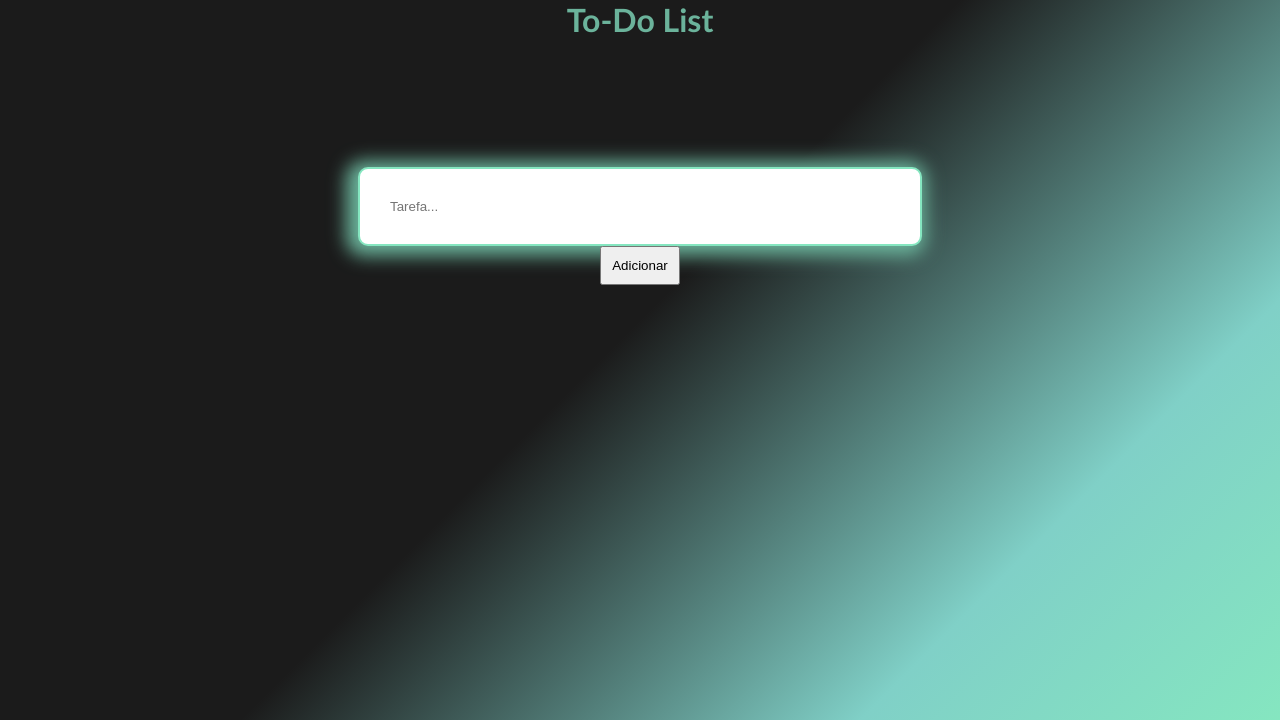
Repository: PetersonAntonyDev/python-flask-
Page: index.html
An editor plug-in stored every save of this project. The page is shown before and after the next save, followed by the edit.
The browser window is 1280 px wide. The pictures show the whole page.

Above is the page before, as saved 2022-07-26 10:35:25.

### index.html
<!DOCTYPE html>
<html lang="en">
<head>
    <meta charset="UTF-8">
    <meta http-equiv="X-UA-Compatible" content="IE=edge">
    <meta name="viewport" content="width=device-width, initial-scale=1.0">
    <link rel="stylesheet" href="/style.css">
    <title>To-Do LIst</title>
</head>
<body>
    <header>
        <h1>To-Do List</h1>
    </header>
    <main>
        <form action="" method="post">
            <input class="task" type="text" name="task" id="task" placeholder="Tarefa...">
            <button>Adicionar</button>
        </form>
    </main>
</body>
</html>

### style.css
* {
    margin: 0;
    padding: 0;
}

body {
    display: flex;
    align-items: center;
    flex-direction: column;
    width: 100%;
    min-height: 100vh;
    max-height: 100%;
    background-color: #1b1b1b;
    background-image: linear-gradient(135deg, #1b1b1b 48%, #80D0C7 79%, #85e6c0 100%);
}

header {
    margin-bottom: 10%;
    font-family: 'Gill Sans', 'Gill Sans MT', Calibri, 'Trebuchet MS', sans-serif;
    font-size: 1rem;
    color: #6bb39b;
}

form {
    display: flex;
    justify-content: center;
    align-items: center;
    flex-direction: column;
}

.task {
    width: 500px;
    border-radius: 10px;
    border: #85e6c0 2px solid;
    padding: 30px;
    -webkit-box-shadow: -4px 2px 18px 8px rgba(107, 179, 155, 1);
    -moz-box-shadow: -4px 2px 18px 8px rgba(107, 179, 155, 1);
    box-shadow: -4px 2px 18px 8px rgba(107, 179, 155, 1);
}

button {
    padding: 10px;
}

After the next save:
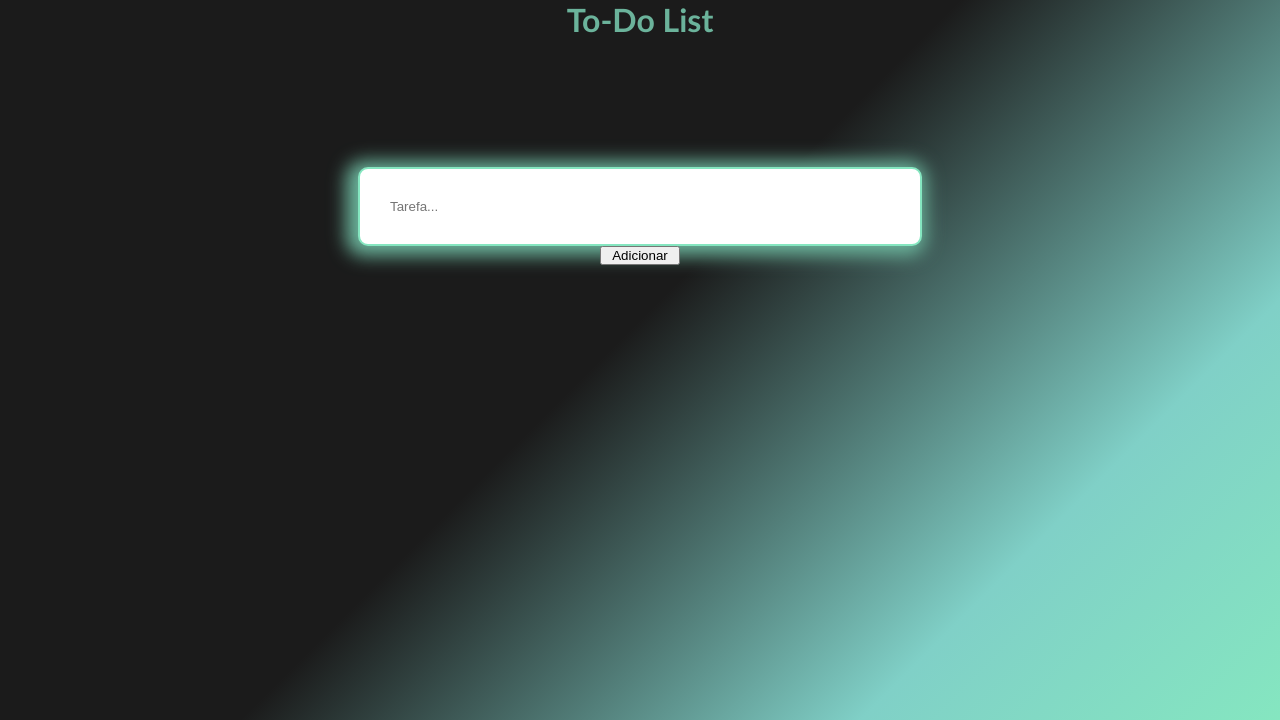
Saved 11 s later.
--- a/style.css
+++ b/style.css
@@ -39,5 +39,5 @@ form {
 }
 
 button {
-    padding: 10px;
+    padding: 0 10px;
 }
